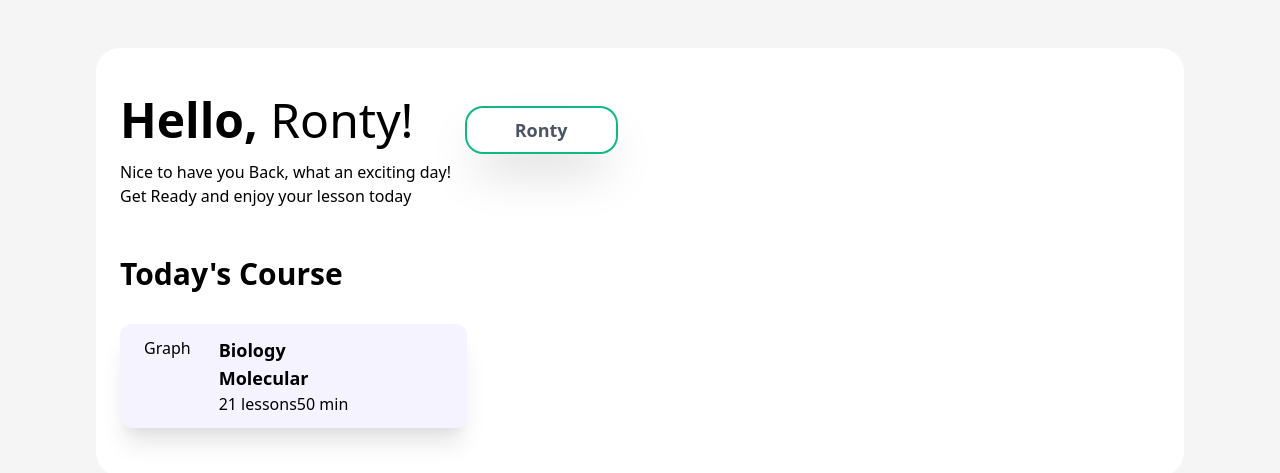
Repository: coolronts/Vite-Tailwind
Page: /
An editor plug-in stored every save of this project. The page is shown before and after the next save, followed by the edit.
The browser window is 1280 px wide. The pictures show the whole page.
The project was rebuilt for these pictures with package versions that can differ from the ones it lists, and the page was loaded fresh each time. Also part of the build but not shown: vite.config.js.

Above is the page before, as saved 2021-11-26 07:32:17.

After the next save:
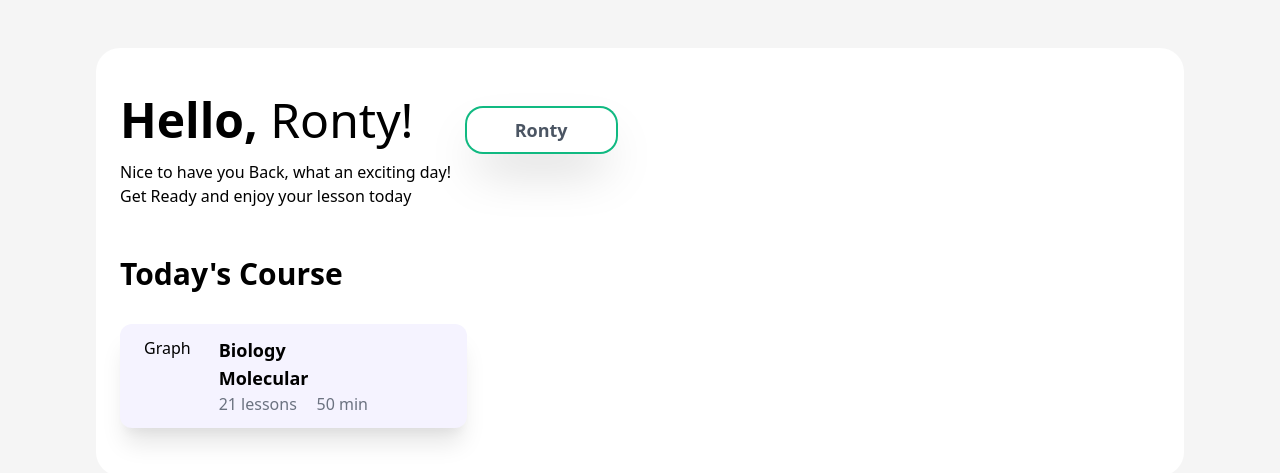
Saved 24 s later.
--- a/src/Section/Course/index.jsx
+++ b/src/Section/Course/index.jsx
@@ -10,7 +10,7 @@ export default function Course() {
       <div id="right">
         <h4 className="font-bold text-lg">Biology Molecular</h4>
         <div className="flex flex-col">
-          <div className="flex flex-row">
+          <div className="flex justify-between text-gray-500">
             <p>21 lessons</p>
             <p>50 min</p>
           </div>
